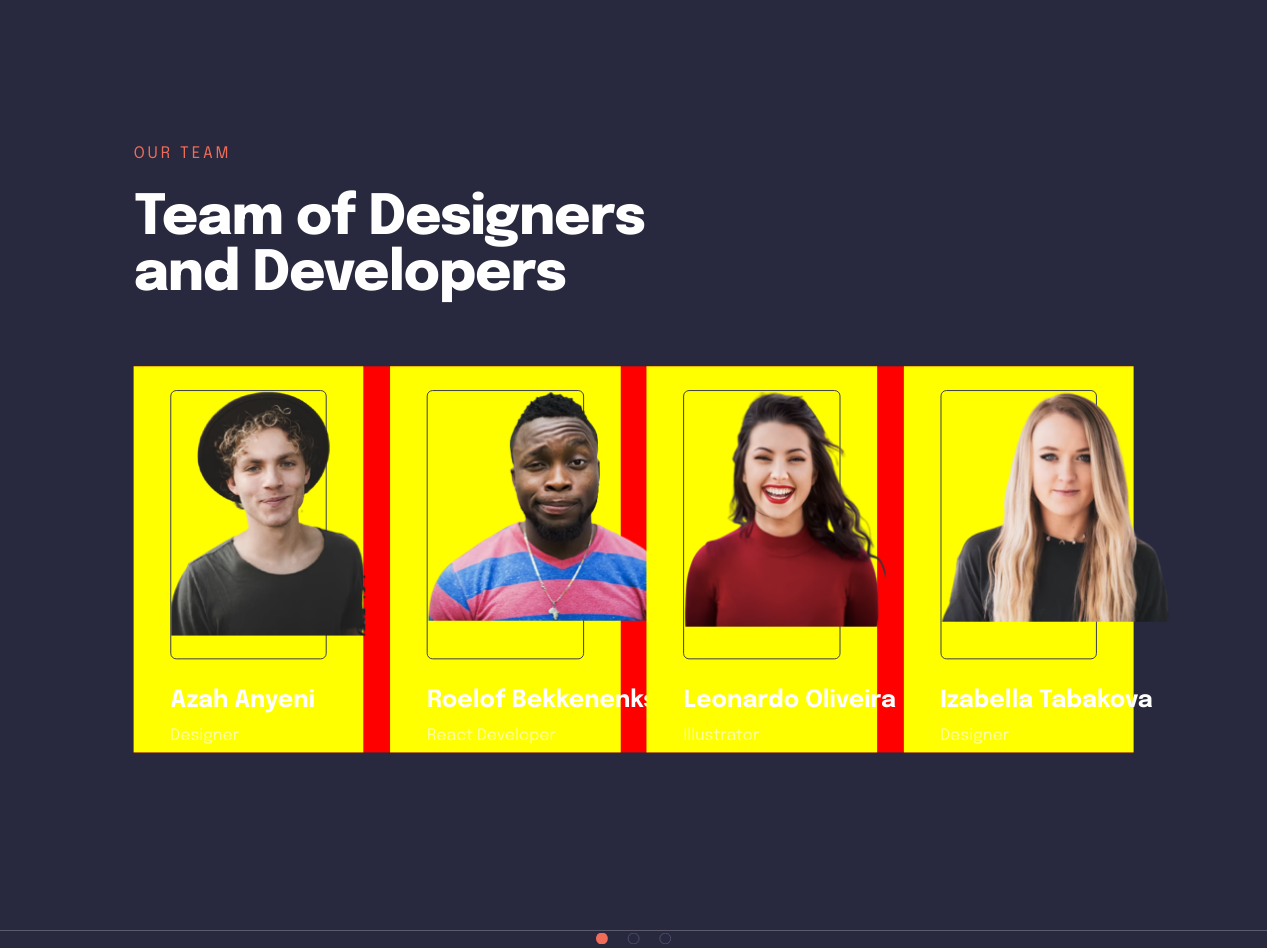
Repository: simralgasimov/ourteam
Page: index.html
These files come from the project's save history. The page is drawn as it stood at one moment and after the next save; the edit follows.
The browser window is 1280 px wide. The pictures show the whole page, at 99% of full size.

Above is the page before, as saved 2023-09-06 13:08:31.

After the next save:
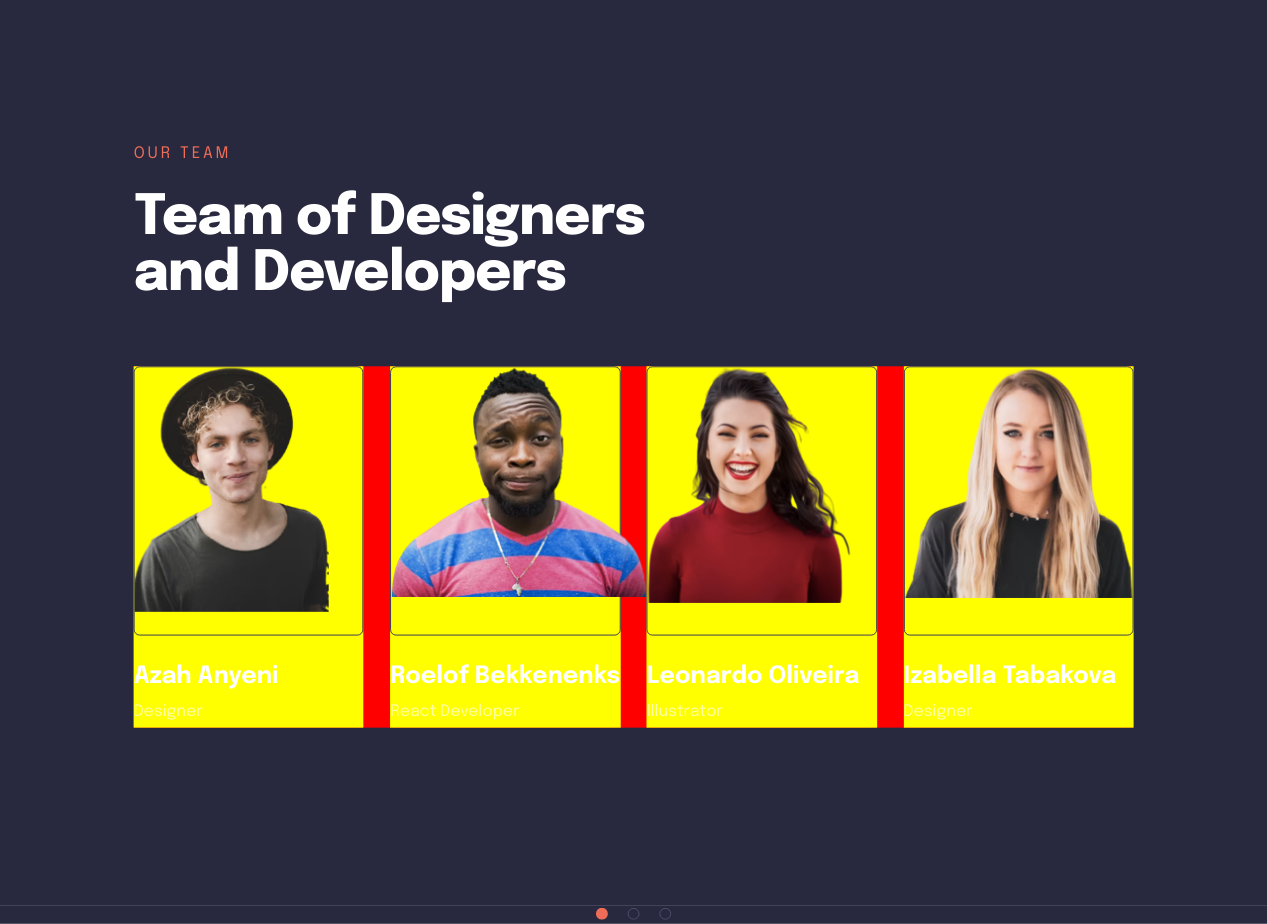
Saved 21 s later.
--- a/index.css
+++ b/index.css
@@ -43,7 +43,7 @@
 
 }
 .container-1 .box {
-  padding: 24px 37px 1px 37px;
+  /* padding: 24px 37px 1px 37px; */
   width: 23%;
   background-color: yellow;
 }
